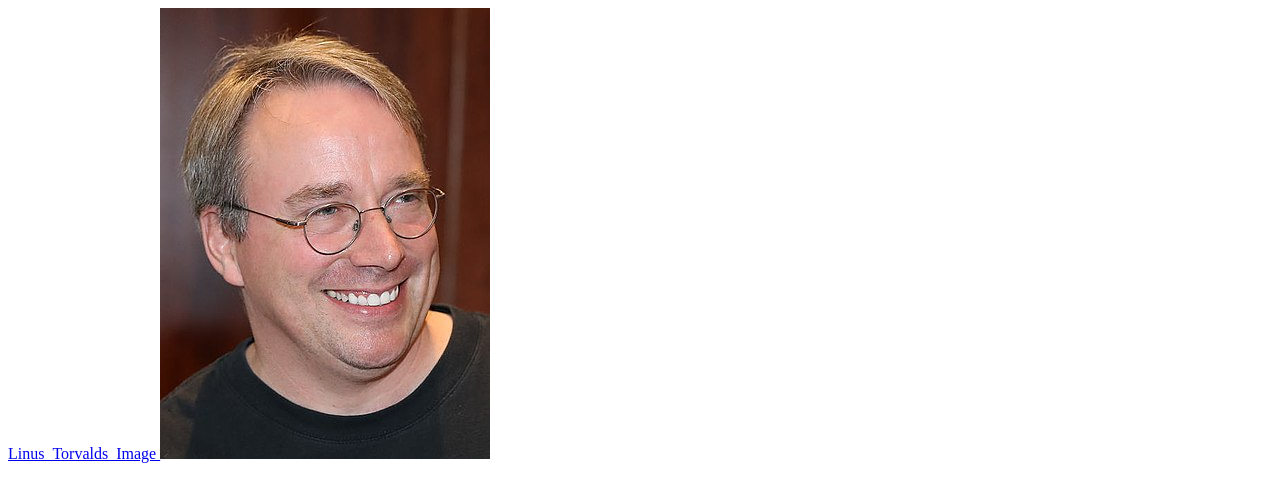
Repository: shoaib-1729/Web-Dev-Course_Dot-Batch_Love-Babbar
Page: 02_HTML Session Basics-to-Pro Level/03_HTML-Basics-Session-III/03_Code-Practice-Session-3/04_imageAsLink.html
These files come from the project's save history. The page is drawn as it stood at one moment and after the next save; the edit follows.
The browser window is 1280 px wide. The pictures show the whole page.

Above is the page before, as saved 2023-07-29 16:59:53.

After the next save:
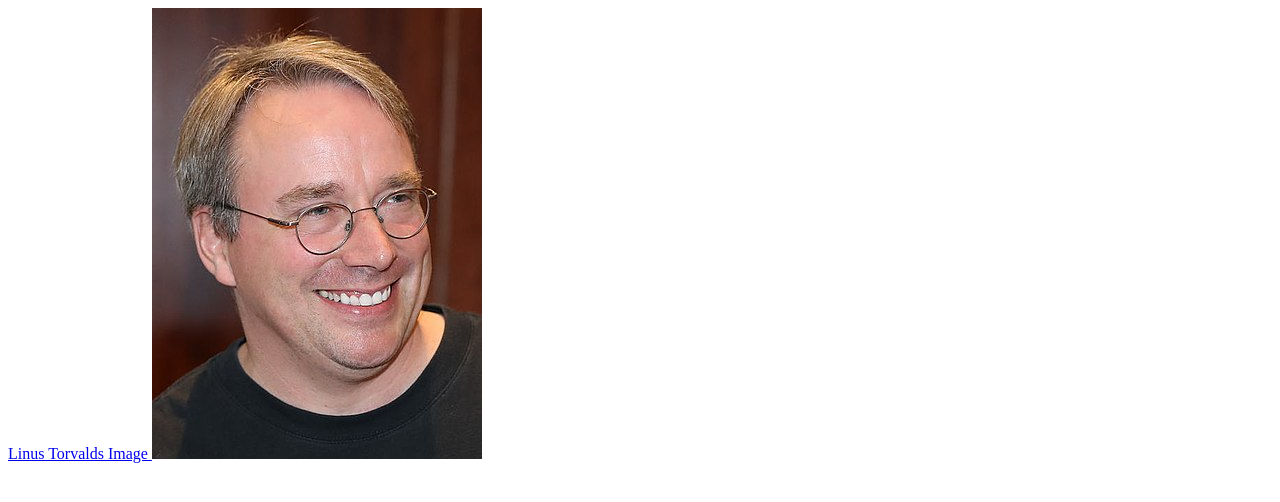
Saved 19 s later.
--- a/02_HTML Session Basics-to-Pro Level/03_HTML-Basics-Session-III/03_Code-Practice-Session-3/04_imageAsLink.html
+++ b/02_HTML Session Basics-to-Pro Level/03_HTML-Basics-Session-III/03_Code-Practice-Session-3/04_imageAsLink.html
@@ -9,7 +9,7 @@
 
 <body>
     <a href="02_linusTorvaldsPortfolio.html" target="_blank">
-        Linus_Torvalds_Image
+        Linus Torvalds Image
         <img src="images/Linus-Torvalds.jpeg" alt="">
     </a>
 </body>
